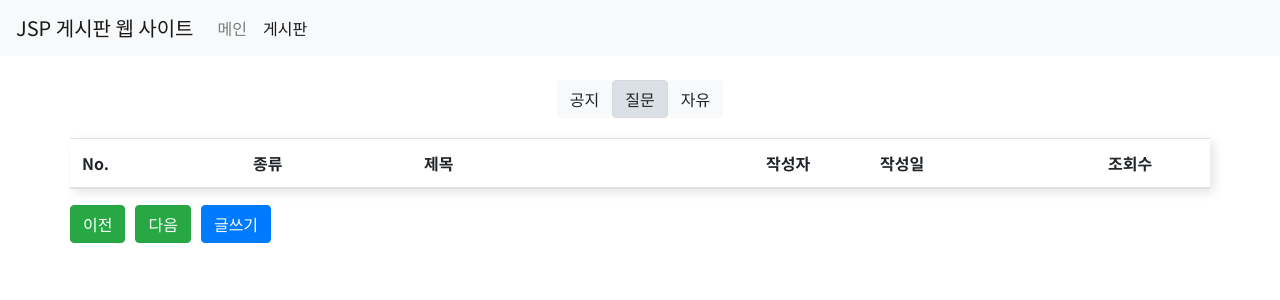
Repository: hz6450/2024-summer-jsp-notice-project
Page: http://localhost/BBS/BBS-QUESTION.jsp
These files come from the project's save history. The page is drawn as it stood at one moment and after the next save; the edit follows.
The browser window is 1280 px wide. The pictures show the whole page.
Some web fonts or font styles are not loaded; a fallback is used. Some web libraries are served in a nearby version. The page is served by Tomcat 10. Queries for data that is not in the repository find no rows.

Above is the page before, as saved 2024-07-16 04:58:11.

After the next save:
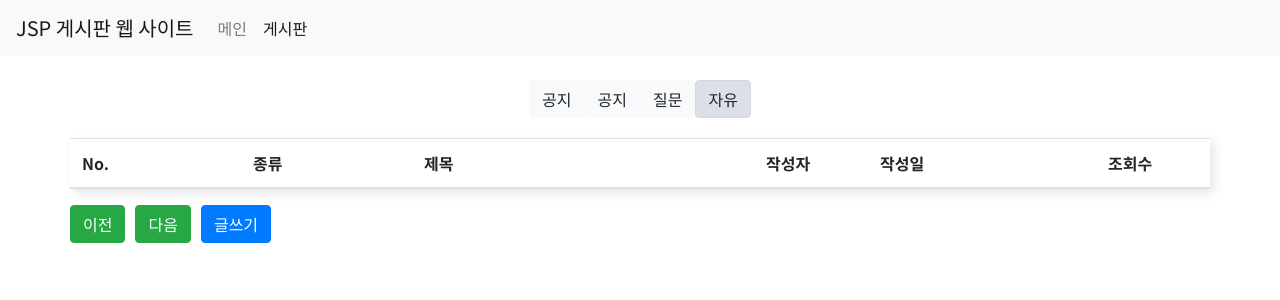
Saved 6 s later.
--- a/projects/BBS/src/main/webapp/BBS-QUESTION.jsp
+++ b/projects/BBS/src/main/webapp/BBS-QUESTION.jsp
@@ -72,9 +72,10 @@
     <div class="container mt-4">
 
         <div class="btn-container">
-            <button type="button" class="btn btn-light" onclick="location.href='BBS.jsp'">공지</button>
-            <button type="button" class="btn btn-light active" onclick="location.href='BBS-QUESTION.jsp'">질문</button>
-            <button type="button" class="btn btn-light" onclick="location.href='BBS-FREE.jsp'">자유</button>
+        <button type="button" class="btn btn-light " onclick="location.href='BBS.jsp'">공지</button>
+            <button type="button" class="btn btn-light " onclick="location.href='BBSQuestion.jsp'">공지</button>
+            <button type="button" class="btn btn-light" onclick="location.href='BBS-QUESTION.jsp'">질문</button>
+            <button type="button" class="btn btn-light active" onclick="location.href='BBS-FREE.jsp'">자유</button>
         </div>
 
         <div class="row">
